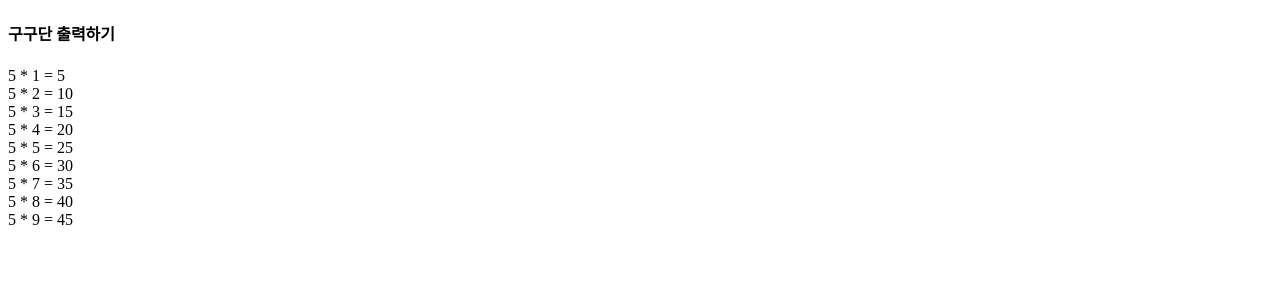
Repository: 123ekrxjtj/homeJSP
Page: http://localhost/gwaje/useBean.jsp
The author's editor kept a copy of each file at every save. The page is drawn from the files as they stood at one save, then again after the next save.
The browser window is 1280 px wide. The pictures show the whole page.
The page is served by Tomcat 9.

Above is the page before, as saved 2022-04-01 10:00:50.

### gwaje/WebContent/useBean.jsp
<%@ page language="java" contentType="text/html; charset=UTF-8"
    pageEncoding="UTF-8"%>
<!DOCTYPE html>
<html>
<head>
<meta charset="UTF-8">
<title>Insert title here</title>
</head>
<body>
	<jsp:useBean id="GuGuDan" class="ch04.com.dao.GuGuDan"/>
	<h4>구구단 출력하기</h4>
	<%
		int arr[]=GuGuDan.process(5);
	    for(int i=0;i<9;i++) {
	        out.println(5 + " * " + (i+1) + " = " + arr[i] + "<br>");
	    }
	%>

</body>
</html>

### gwaje/src/main/java/ch04/com/dao/GuGuDan.java
package ch04.com.dao;

public class GuGuDan {
    public int[] process(int n)
    {
        int arr[]=new int[9];
        for(int i=1;i<=9;i++)
            arr[i-1]=n*i;
        return arr;
    }
}

After the next save:
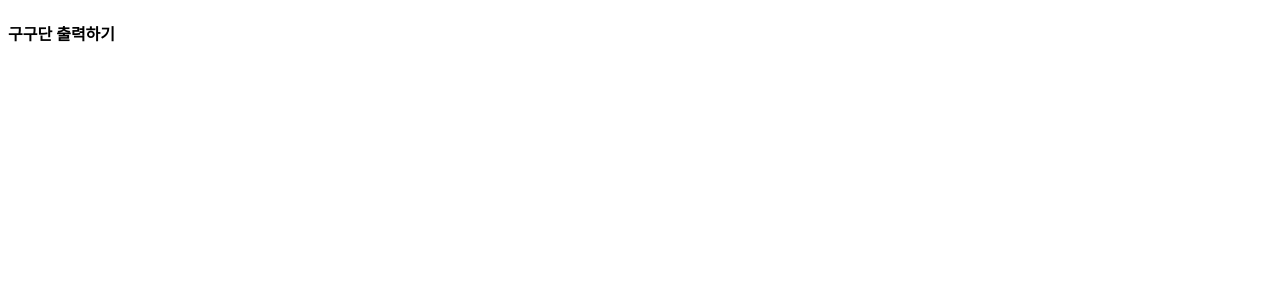
Saved 93 s later.
--- a/gwaje/WebContent/useBean.jsp
+++ b/gwaje/WebContent/useBean.jsp
@@ -10,10 +10,7 @@
 	<jsp:useBean id="GuGuDan" class="ch04.com.dao.GuGuDan"/>
 	<h4>구구단 출력하기</h4>
 	<%
-		int arr[]=GuGuDan.process(5);
-	    for(int i=0;i<9;i++) {
-	        out.println(5 + " * " + (i+1) + " = " + arr[i] + "<br>");
-	    }
+
 	%>
 
 </body>

After the save that followed:
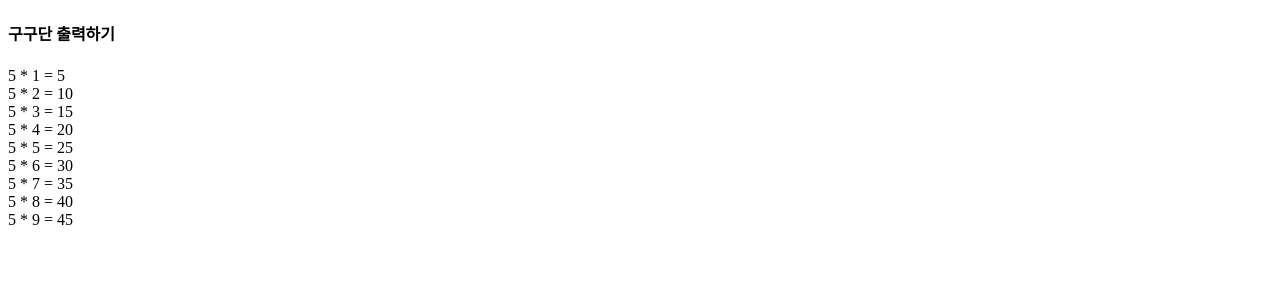
Saved 20 s later.
--- a/gwaje/WebContent/useBean.jsp
+++ b/gwaje/WebContent/useBean.jsp
@@ -10,7 +10,10 @@
 	<jsp:useBean id="GuGuDan" class="ch04.com.dao.GuGuDan"/>
 	<h4>구구단 출력하기</h4>
 	<%
-
+		int arr[]=GuGuDan.process(5);
+	    for(int i=0;i<9;i++) {
+	        out.println(5 + " * " + (i+1) + " = " + arr[i] + "<br>");
+	    }
 	%>
 
 </body>
